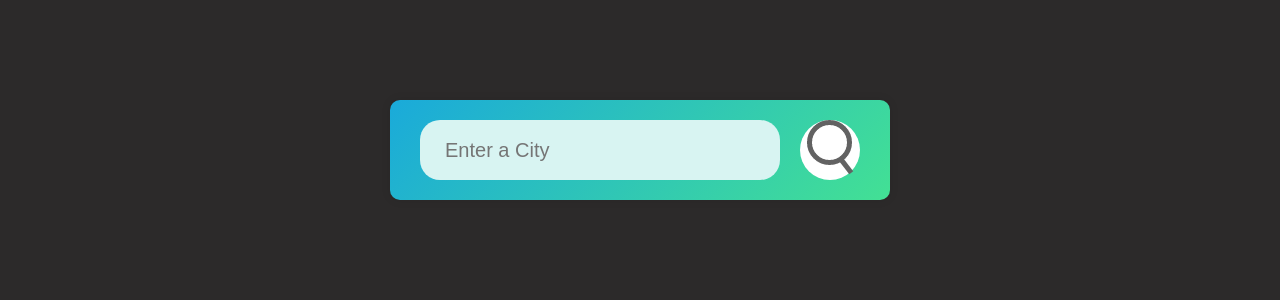
Repository: Haakim19/weatherApp
Page: index.html
The author's editor kept a copy of each file at every save. The page is drawn from the files as they stood at one save, then again after the next save.
The browser window is 1280 px wide. The pictures show the whole page.

Above is the page before, as saved 2024-11-16 21:08:23.

### index.html
<!DOCTYPE html>
<html lang="en">
<head>
    <meta charset="UTF-8">
    <meta name="viewport" content="width=device-width, initial-scale=1.0">
    <title>Weather App</title>
    <link rel="stylesheet" href="style.css">
</head>
<body>
    <div class="card">
        <div class="search">
            <input type="text" placeholder="Enter a City" spellcheck="false">
            <button><img src="images/search.png"></button>
        </div>
    </div>
</body>
</html>

### style.css
*{
    margin: 0;
    padding: 0;
    box-sizing: border-box;
    font-family: 'Poppins', sans-serif;
}

body{
    background: #2c2a2a;
}
.card{
    width: 90%;
    max-width: 500px;
    color: #fff;
    background:linear-gradient(135deg, #1aaada 0%, #43e094 100%);
    margin: 100px auto 0 ;
    border-radius: 10px;
    padding: 20px 30px;
    text-align: center;
    box-shadow: 0 0 10px rgba(0,0,0,0.1);
}
.search{
    width: 100%;
    display: flex;
    justify-content: space-between;
    align-items: center;
}
.search input{
    border:0;
    outline:0;
    background: #d8f4f2;
    padding: 10px 25px;
    border-radius: 20px;
    flex: 1;
    margin-right: 20px;
    font-size: 20px;
    height: 60px;
}
.search button{
    border:0;
    outline:0;
    background: #fff;
    /* padding: 10px 20px; */
    border-radius: 50%;
    font-size: 20px;
    cursor: pointer;
    height: 60px;
    width: 60px;
}
.search button

After the next save:
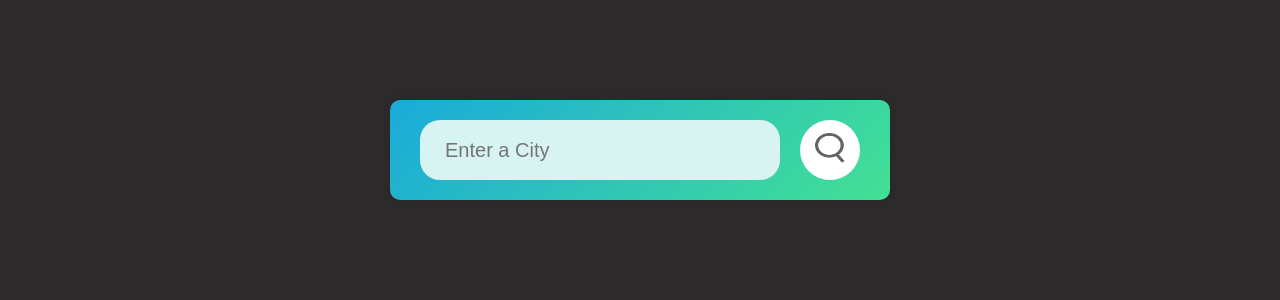
Saved 6 s later.
--- a/style.css
+++ b/style.css
@@ -47,4 +47,7 @@ body{
     height: 60px;
     width: 60px;
 }
-.search button
+.search button img{
+    width: 30px;
+    height: 30px;
+}
